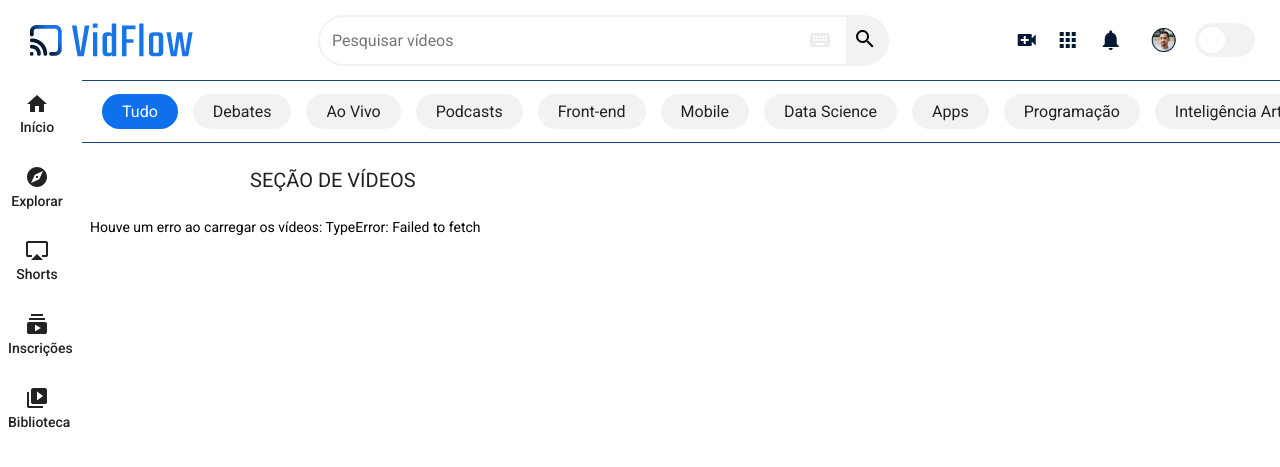
Repository: joaoPraiaJunior/curso-consumindo-api
Page: index.html
An editor plug-in stored every save of this project. The page is shown before and after the next save, followed by the edit.
The browser window is 1280 px wide. The pictures show the whole page.
The page's requests for data from a server got no answer.

Above is the page before, as saved 2024-08-17 20:54:47.

### index.html
<!DOCTYPE html>
<html lang="pt-br" dir="ltr">
<head>
    <meta charset="UTF-8">
    <meta name="viewport" content="width=device-width, initial-scale=1.0">
    <link href="https://fonts.googleapis.com/css2?family=Roboto:wght@400;500;700&display=swap" rel="stylesheet">
    <link rel="stylesheet" href="./css/reset.css">
    <link rel="stylesheet" href="./css/estilos.css">
    <link rel="stylesheet" href="./css/flexbox.css">
    <title>VidFlow</title>
    <link rel="shortcut icon" href="./img/Favicon.png" type="image/x-icon">
</head>
<body>
    <header>
        <nav class="cabecalho__container">
            <div class="logo__item">
                <a href="/"><img src="./img/modo_claro/vidflow-logo-light-mode.png" alt="Página do VidFlow"></a>
            </div>
            <div class="cabecalho__pesquisar__item">
                <form class="form__pesquisa">
                    <input type="search" name="pesquisar" class="pesquisar__input" placeholder="Pesquisar vídeos" data-js="barra-de-pesquisa">
                    <img src="./img/modo_claro/menu_superior/keyboard.svg" alt="Ícone de teclado" class="pesquisar__input-teclado">
                    <button class="pesquisar__btn">
                        <img src="./img/modo_claro/menu_superior/search.svg" alt="Ícone de lupa">
                    </button>
                </form>
            </div>
            <div class="secao-links-e-botao-switch">
                <ul aria-label="Links do cabeçalho" class="cabecalho__links">
                    <li><a href="#" class="cabecalho__videos" aria-label="Criar vídeos" title="Criar vídeos"></a></li>
                    <li><a href="#" class="cabecalho__apps" aria-label="Aplicativos"></a></li>
                    <li><a href="#" class="cabecalho__notificacoes" aria-label="Notificações"></a></li>
                    <li><a href="#" class="cabecalho__avatar" aria-label="Perfil de usuário"></a></li>
                </ul>

                <label class="cabecalho__switch">
                    <input type="checkbox" class="cabecalho__switch-input" data-js="modo-escuro" aria-label="Modo claro">
                    <span class="cabecalho__switch-slider"></span>
                </label>
            </div>
        </nav>
    </header>
    <!-- Menu lateral -->

    <div class="menu__container-wrapper">
        <aside class="menu__container">
            <section class="menu__secao" aria-label="Links principais">
                <ul class="menu__lista menu__links-principais">
                    <li>
                        <a class="menu__itens" href="#">
                            <i class="icone__inicio"></i>
                            <span>Início</span>
                        </a>
                    </li>

                    <li>
                        <a class="menu__itens" href="#">
                            <i class="icone__explorar"></i>
                            <span>Explorar</span>
                        </a>
                    </li>

                    <li>
                        <a class="menu__itens" href="#">
                            <i class="icone__shorts"></i>
                            <span>Shorts</span>
                        </a>
                    </li>

                    <li>
                        <a class="menu__itens" href="#">
                            <i class="icone__inscricoes"></i>
                            <span>Inscrições</span>
                        </a>
                    </li>

                    <li>
                        <a class="menu__itens" href="#">
                            <i class="icone__biblioteca"></i>
                            <span>Biblioteca</span>
                        </a>
                    </li>
                </ul>
            </section>

            <section class="menu__secao" aria-label="Links para vídeos guardados na conta">
                <ul class="menu__lista">
                    <li>
                        <a class="menu__itens" href="#">
                            <i class="icone__historico"></i>
                            <span>Histórico</span>
                        </a>
                    </li>

                    <li>
                        <a class="menu__itens" href="#">
                            <i class="icone__relogio"></i>
                            <span>Assistir mais tarde</span>
                        </a>
                    </li>

                    <li>
                        <a class="menu__itens" href="#">
                            <i class="icone__like"></i>
                            <span>Marcados com like</span>
                        </a>
                    </li>
                </ul>
            </section>

            <section class="menu__secao" aria-labelledby="inscricoes" data-js="secao-menu">
                <h2 id="inscricoes" class="menu__secao-titulo">Inscrições</h2>

                <ul id="menu__canais" class="menu__lista">
                    <li class="menu__canal">
                        <a class="menu__itens" href="#">
                            <i class="icone__alura"></i>
                            <span>Alura</span>
                        </a>
                    </li>

                    <li class="menu__canal">
                        <a class="menu__itens" href="#">
                            <i class="icone__gaveta"></i>
                            <span>Gaveta</span>
                        </a>
                    </li>

                    <li class="menu__canal">
                        <a class="menu__itens" href="#">
                            <i class="icone__ballerini"></i>
                            <span>Rafaella Ballerini</span>
                        </a>
                    </li>

                    <li class="menu__canal">
                        <a class="menu__itens" href="#">
                            <i class="icone__iamarino"></i>
                            <span>Atila Iamarino</span>
                        </a>
                    </li>

                    <li class="menu__canal">
                        <a class="menu__itens" href="#">
                            <i class="icone__souto"></i>
                            <span>Mario Souto</span>
                        </a>
                    </li>

                    <li class="menu__canal">
                        <a class="menu__itens" href="#">
                            <i class="icone__nerd"></i>
                            <span>Jovem Nerd</span>
                        </a>
                    </li>

                    <li class="menu__canal">
                        <a class="menu__itens" href="#">
                            <i class="icone__deschamps"></i>
                            <span>Felipe Deschamps</span>
                        </a>
                    </li>
                </ul>
            </section>

            <section class="menu__secao" aria-labelledby="mais-da-pagina" data-js="secao-menu">
                <h2 id="mais-da-pagina" class="menu__secao-titulo">
                    Mais da página
                </h2>

                <ul id="mais__paginas" class="menu__lista">
                    <li class="premium">
                        <a class="menu__itens" href="#">
                            <i class="icone__videos"></i>
                            <span>Vídeo Premium</span></a>
                    </li>

                    <li class="filmes">
                        <a class="menu__itens" href="#">
                            <i class="icone__filmes"></i>
                            <span>Filmes</span></a>
                    </li>

                    <li class="jogos">
                        <a class="menu__itens" href="#">
                            <i class="icone__jogos"></i>
                            <span>Jogos</span></a>
                    </li>

                </ul>
            </section>
        </aside>
    </div>
    <main>
        <div role="tablist" class="superior__secao__container">
            <button id="botao__tudo" role="tab" tabindex="0" aria-selected="true"  aria-controls="painel__videos" name="Tudo" class="botao-categoria selecionado" data-js="botao-categoria">
                Tudo
            </button>

            <button id="botao__debates" role="tab" tabindex="-1" aria-selected="false" aria-controls="painel__videos" name="Debates" class="botao-categoria" data-js="botao-categoria">
                Debates
            </button>

            <button id="botao__ao__vivo" role="tab" tabindex="-1" aria-selected="false" aria-controls="painel__videos" name="Ao Vivo" class="botao-categoria" data-js="botao-categoria">
                Ao Vivo
            </button>

            <button id="botao__podcast" role="tab" tabindex="-1" aria-selected="false" aria-controls="painel__videos" name="Podcasts" class="botao-categoria" data-js="botao-categoria">
                Podcasts
            </button>

            <button id="botao__front__end" role="tab" tabindex="-1" aria-selected="false" aria-controls="painel__videos" name="Front-end" class="botao-categoria" data-js="botao-categoria">
                Front-end
            </button>

            <button id="botao__mobile" role="tab" tabindex="-1" aria-selected="false" aria-controls="painel__videos" name="Mobile" class="botao-categoria" data-js="botao-categoria">
                Mobile
            </button>

            <button id="botao__data__science" role="tab" tabindex="-1" aria-selected="false" aria-controls="painel__videos" name="Data Science" class="botao-categoria" data-js="botao-categoria">
                Data Science
            </button>

            <button id="botao__apps" role="tab" tabindex="-1" aria-selected="false" aria-controls="painel__videos" name="Apps" class="botao-categoria" data-js="botao-categoria">
                Apps
            </button>

            <button id="botao__programacao" role="tab" tabindex="-1" aria-selected="false" aria-controls="painel__videos" name="Programação" class="botao-categoria" data-js="botao-categoria">
                Programação
            </button>

            <button id="botao__inteligencia__artificial" role="tab" tabindex="-1" aria-selected="false" aria-controls="painel__videos" name="Inteligência Artificial" class="botao-categoria" data-js="botao-categoria">
                Inteligência Artificial
            </button>
            <button id="botao__inovacao" role="tab" tabindex="-1" aria-selected="false" aria-controls="painel__videos" name="Inovação" class="botao-categoria" data-js="botao-categoria">
                Inovação
            </button>
        </div>
        <h1 class="videos__titulo"> Seção de vídeos </h1>

        <div id="painel__videos" role="tabpanel">
            <ul class="videos__container" aria-labelledby="botao__tudo" data-js="container-videos">

            </ul>
        </div>
    </main>
    <script type="module" src="js/script.js"></script>
</body>
</html>

### css/flexbox.css
/* CABEÇALHO */

.cabecalho__container {
  display: flex;
  justify-content: space-between;
  align-items: center;
  position: fixed;
  top: 0;
  z-index: 1;
}

.cabecalho__pesquisar__item {
  display: none;
}

.form__pesquisa {
  position: relative;
  flex: 1;
  display: flex;
  justify-content: center;
}

.secao-links-e-botao-switch {
  display: flex;
}

/* MENU */

.menu__container {
  position: fixed;
  bottom: 0%;
  height: 74px;
  width: 100%;
}

.menu__secao {
  height: 100%;
}

.menu__secao:nth-child(2),
.menu__secao:nth-child(3),
.menu__secao:nth-child(4) {
  display: none;
}

.menu__lista {
  display: flex;
  justify-content: space-around;
  height: 100%;
}

.menu__lista li {
  align-self: center;
}

.menu__itens {
  display: flex;
  flex-direction: column;
  gap: 5px;
}

/* SEÇÃO SUPERIOR */

.superior__secao__container {
  display: flex;
  align-items: center;
  white-space: nowrap;
  gap: 15px;
}


/* VIDEO */

.videos__container {
  display: flex;
  flex-wrap: wrap;
  gap: 10px;
}

.videos__item {
  display: block;
  height: 303px;
  width: 280px;
  flex-grow: 1;
}

.videos__item.escondido {
  display: none;
}

.descricao-video {
  margin-top: 1rem;
  display: grid;
  text-align: start;
  column-gap: 1rem;
  row-gap: 10px;
  grid-template-columns: auto 1fr;
}

.descricao-video .link-img-canal {
  grid-area: 1 / 1 / 3 / 2;
}

.descricao-video .img-canal {
  grid-area: 1 / 1 / 3 / 2;
}

.descricao-video .categoria {
    grid-area: 3 / 2 / 4 / 3;
}

@media (min-width: 834px) {
  /* MENU LATERAL*/

  .menu__container {
    left: 0;
    height: auto;
    width: 74px;
    top: 80px;
  }

  .menu__lista {
    flex-direction: column;
    justify-content: flex-start;
    padding-top: 15px;
    gap: 33px;
  }
}

@media (min-width: 1156px) {
  /* CABEÇALHO */

  .cabecalho__pesquisar__item {
    display: block;
  }

  .pesquisar__input {
    width: 530px;
  }
}

@media (min-width: 1440px) {
  /* MENU */

  .menu__container {
    width: 239px;
    overflow: scroll;
  }

  .menu__secao {
    height: auto;
  }

  .menu__secao:nth-child(2),
  .menu__secao:nth-child(3),
  .menu__secao:nth-child(4) {
    display: block;
  }

  .menu__lista {
    height: auto;
    padding: 20px 17px 20px 15px;
    gap: 15px;
  }

  .menu__itens {
    flex-direction: row;
    gap: 15px;
    align-items: center;
  }

  .menu__lista li.escondido {
    display: none;
  }

  .menu__botao-expandir-canais {
    padding: 0 16px 24px;
    cursor: pointer;
  }
}

### js/filtrarVideosPorBotoes.js
function filtrarVideosPorBotoes() {

    const elementos = {
        botaoCategoria: '[data-js="botao-categoria"]',
        videos: '[data-js="videos"]',
        categoria: '[data-js="categoria"]',
        containerVideos: '[data-js="container-videos"]',
    }

    const botaoCategoria = document.querySelectorAll(elementos.botaoCategoria);
    const containerVideos = document.querySelector(elementos.containerVideos);

    botaoCategoria.forEach(botao => {
        let nomeDaCategoria = botao.getAttribute('name');
        botao.addEventListener('click', () => {
            filtrarPorCategoria(nomeDaCategoria);
            alteraOFocoDoBotao(nomeDaCategoria);
            mudarCategotiaNoPainelDeVideos(nomeDaCategoria);
        });

        botao.addEventListener('keydown', (evento) => {
            const tecla = evento.key;
            navegacaoPorTeclasDeSetas(tecla);

        });
    });

    // function alteraOFocoDoBotao(botao) {
    //     const botaoSetado = document.getElementsByClassName('selecionado');
    //     botaoSetado[0].classList.remove('selecionado');
    //     botao.classList.add('selecionado');
    // }


    function mudarCategotiaNoPainelDeVideos(nomeDaCategoria) {
        const categoriaSelecionada = document.querySelector(`[name="${nomeDaCategoria}"]`).id;
        containerVideos.setAttribute('aria-labelledby', categoriaSelecionada);
    }

    function alteraOFocoDoBotao(nomeDaCategoria) {
        botaoCategoria.forEach((botao) => {
            const botaoFoiSelecionado = botao.getAttribute("name") === nomeDaCategoria;

            // botao.classList.toggle("selecionado", botaoFoiSelecionado);

            botao.ariaSelected = botaoFoiSelecionado;
            botao.setAttribute("tabindex", botaoFoiSelecionado ? "0" : "-1");
        });
    }

        function filtrarPorCategoria(nomeDaCategoria) {
            const videos = document.querySelectorAll(elementos.videos);
            const valorDoFiltro = nomeDaCategoria.toLowerCase();
            videos.forEach((video) => {
                const categoria = video.querySelector(elementos.categoria).textContent.toLowerCase();
                video.style.display = valorDoFiltro !== "tudo" ? categoria.includes(valorDoFiltro) ? "block" : "none" : "block";
            });
        }
    }

    export default filtrarVideosPorBotoes;

Loaded but not shown: css/reset.css (common file); js/expandirMenu.js (69 lines, source omitted); js/videos.js (70 lines, source omitted); js/temaEscuro.js (40 lines, source omitted); js/filtrarVideos.js (25 lines, source omitted); js/script.js (12 lines, source omitted); css/estilos.css (526 lines, source omitted)

After the next save:
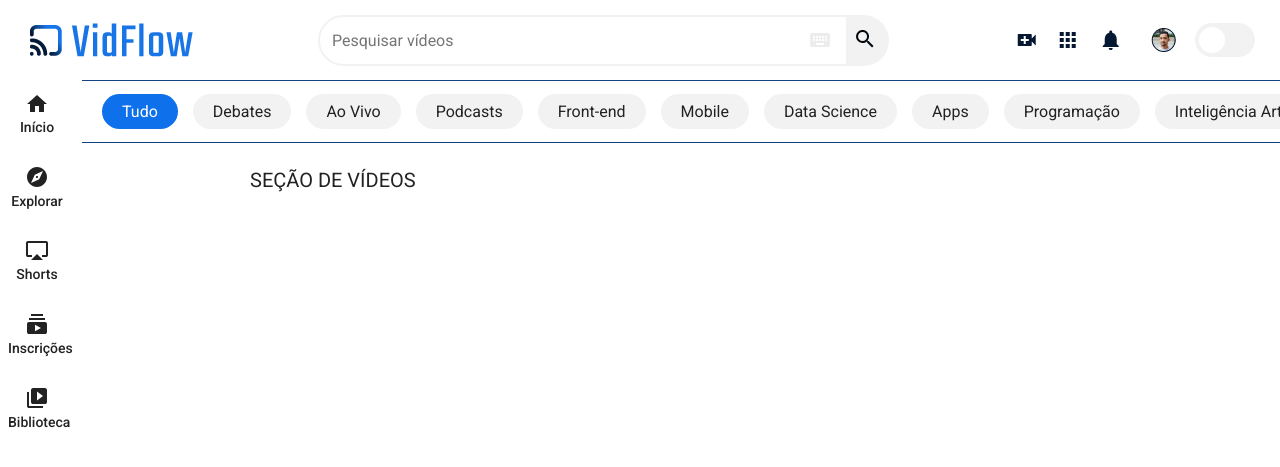
Console error: SyntaxError: missing ) after argument list
Saved 3 min 14 s later.
--- a/js/filtrarVideosPorBotoes.js
+++ b/js/filtrarVideosPorBotoes.js
@@ -20,33 +20,37 @@
 
         botao.addEventListener('keydown', (evento) => {
             const tecla = evento.key;
-            navegacaoPorTeclasDeSetas(tecla);
+            const botaoAtual = evento.target;
+            navegacaoPorTeclasDeSetas(tecla, botaoAtual);
+        });
 
-        });
-    });
+        function navegacaoPorTeclasDeSetas(tecla) {
+            if (tecla === 'ArrowRight') {
+            }
+        }
 
-    // function alteraOFocoDoBotao(botao) {
-    //     const botaoSetado = document.getElementsByClassName('selecionado');
-    //     botaoSetado[0].classList.remove('selecionado');
-    //     botao.classList.add('selecionado');
-    // }
+        // function alteraOFocoDoBotao(botao) {
+        //     const botaoSetado = document.getElementsByClassName('selecionado');
+        //     botaoSetado[0].classList.remove('selecionado');
+        //     botao.classList.add('selecionado');
+        // }
 
 
-    function mudarCategotiaNoPainelDeVideos(nomeDaCategoria) {
-        const categoriaSelecionada = document.querySelector(`[name="${nomeDaCategoria}"]`).id;
-        containerVideos.setAttribute('aria-labelledby', categoriaSelecionada);
-    }
+        function mudarCategotiaNoPainelDeVideos(nomeDaCategoria) {
+            const categoriaSelecionada = document.querySelector(`[name="${nomeDaCategoria}"]`).id;
+            containerVideos.setAttribute('aria-labelledby', categoriaSelecionada);
+        }
 
-    function alteraOFocoDoBotao(nomeDaCategoria) {
-        botaoCategoria.forEach((botao) => {
-            const botaoFoiSelecionado = botao.getAttribute("name") === nomeDaCategoria;
+        function alteraOFocoDoBotao(nomeDaCategoria) {
+            botaoCategoria.forEach((botao) => {
+                const botaoFoiSelecionado = botao.getAttribute("name") === nomeDaCategoria;
 
-            // botao.classList.toggle("selecionado", botaoFoiSelecionado);
+                // botao.classList.toggle("selecionado", botaoFoiSelecionado);
 
-            botao.ariaSelected = botaoFoiSelecionado;
-            botao.setAttribute("tabindex", botaoFoiSelecionado ? "0" : "-1");
-        });
-    }
+                botao.ariaSelected = botaoFoiSelecionado;
+                botao.setAttribute("tabindex", botaoFoiSelecionado ? "0" : "-1");
+            });
+        }
 
         function filtrarPorCategoria(nomeDaCategoria) {
             const videos = document.querySelectorAll(elementos.videos);

After the save that followed:
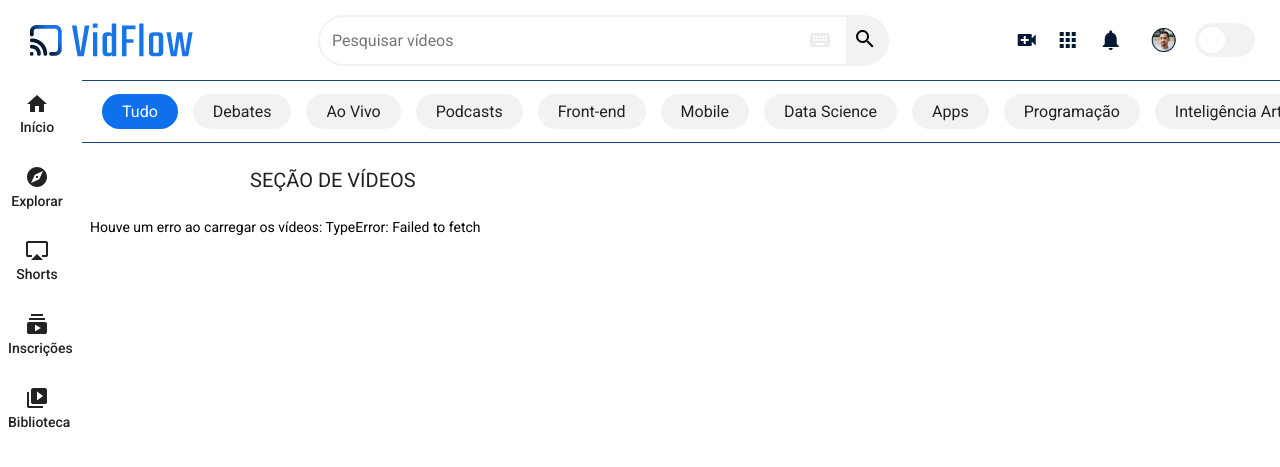
The error is gone.
Saved 54 s later.
--- a/js/filtrarVideosPorBotoes.js
+++ b/js/filtrarVideosPorBotoes.js
@@ -28,6 +28,7 @@
             if (tecla === 'ArrowRight') {
             }
         }
+    });
 
         // function alteraOFocoDoBotao(botao) {
         //     const botaoSetado = document.getElementsByClassName('selecionado');
@@ -62,4 +63,5 @@
         }
     }
 
+
     export default filtrarVideosPorBotoes;
